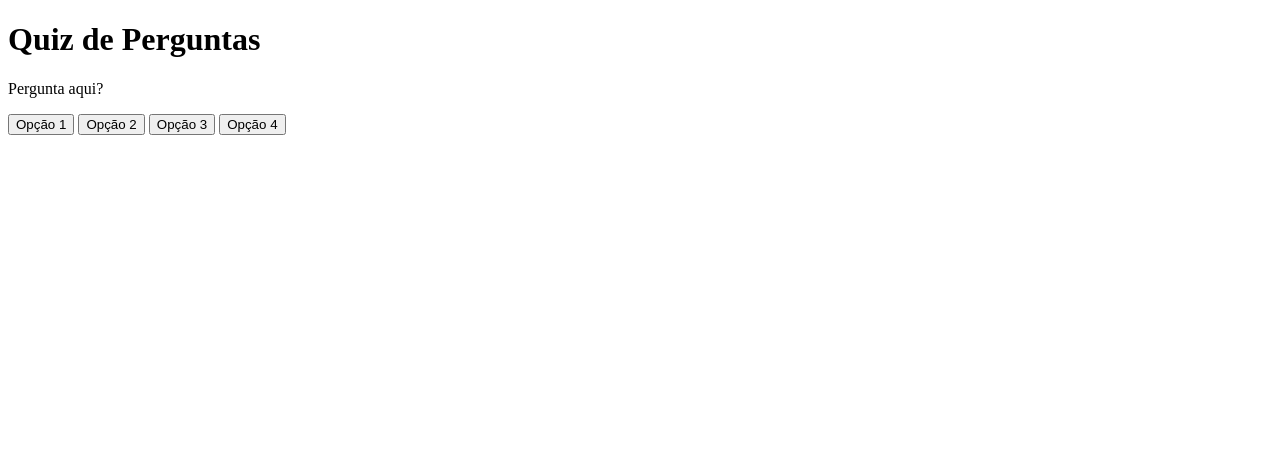
Repository: andreabnd123/projetopaginaestudos
Page: quiz.html
The author's editor kept a copy of each file at every save. The page is drawn from the files as they stood at one save, then again after the next save.
The browser window is 1280 px wide. The pictures show the whole page.

Above is the page before, as saved 2023-09-12 15:54:36.
Console error: SyntaxError: Unexpected token '<'

After the next save:
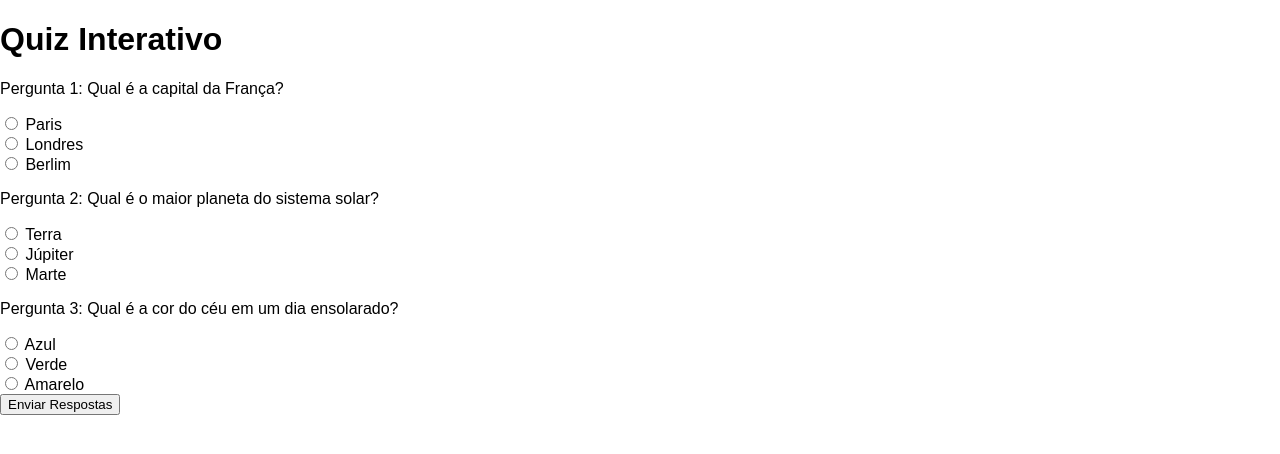
Saved 116 s later.
--- a/quiz.html
+++ b/quiz.html
@@ -3,25 +3,41 @@
 <head>
     <meta charset="UTF-8">
     <meta name="viewport" content="width=device-width, initial-scale=1.0">
-    <title>Quiz de Perguntas</title>
+    <title>Quiz Interativo</title>
+    <link rel="stylesheet" href="style.css">
 </head>
 <body>
-    <h1>Quiz de Perguntas</h1>
+    <h1>Quiz Interativo</h1>
 
     <div id="quiz-container">
-        <div id="question-container">
-            <p id="question-text">Pergunta aqui?</p>
+        <form id="quiz-form">
+            <div class="question">
+                <p>Pergunta 1: Qual é a capital da França?</p>
+                <input type="radio" name="pergunta1" value="paris"> Paris<br>
+                <input type="radio" name="pergunta1" value="londres"> Londres<br>
+                <input type="radio" name="pergunta1" value="berlim"> Berlim<br>
+            </div>
+
+            <div class="question">
+                <p>Pergunta 2: Qual é o maior planeta do sistema solar?</p>
+                <input type="radio" name="pergunta2" value="terra"> Terra<br>
+                <input type="radio" name="pergunta2" value="jupiter"> Júpiter<br>
+                <input type="radio" name="pergunta2" value="marte"> Marte<br>
+            </div>
+
+            <div class="question">
+                <p>Pergunta 3: Qual é a cor do céu em um dia ensolarado?</p>
+                <input type="radio" name="pergunta3" value="azul"> Azul<br>
+                <input type="radio" name="pergunta3" value="verde"> Verde<br>
+                <input type="radio" name="pergunta3" value="amarelo"> Amarelo<br>
+            </div>
+
+            <input type="submit" value="Enviar Respostas">
+        </form>
+
+        <div id="result-container">
+            <p id="result-text"></p>
         </div>
-        <div id="options-container">
-            <button class="option" onclick="checkAnswer(this)">Opção 1</button>
-            <button class="option" onclick="checkAnswer(this)">Opção 2</button>
-            <button class="option" onclick="checkAnswer(this)">Opção 3</button>
-            <button class="option" onclick="checkAnswer(this)">Opção 4</button>
-        </div>
-    </div>
-
-    <div id="result-container">
-        <p id="result-text"></p>
     </div>
 
     <script src="script.js"></script>
